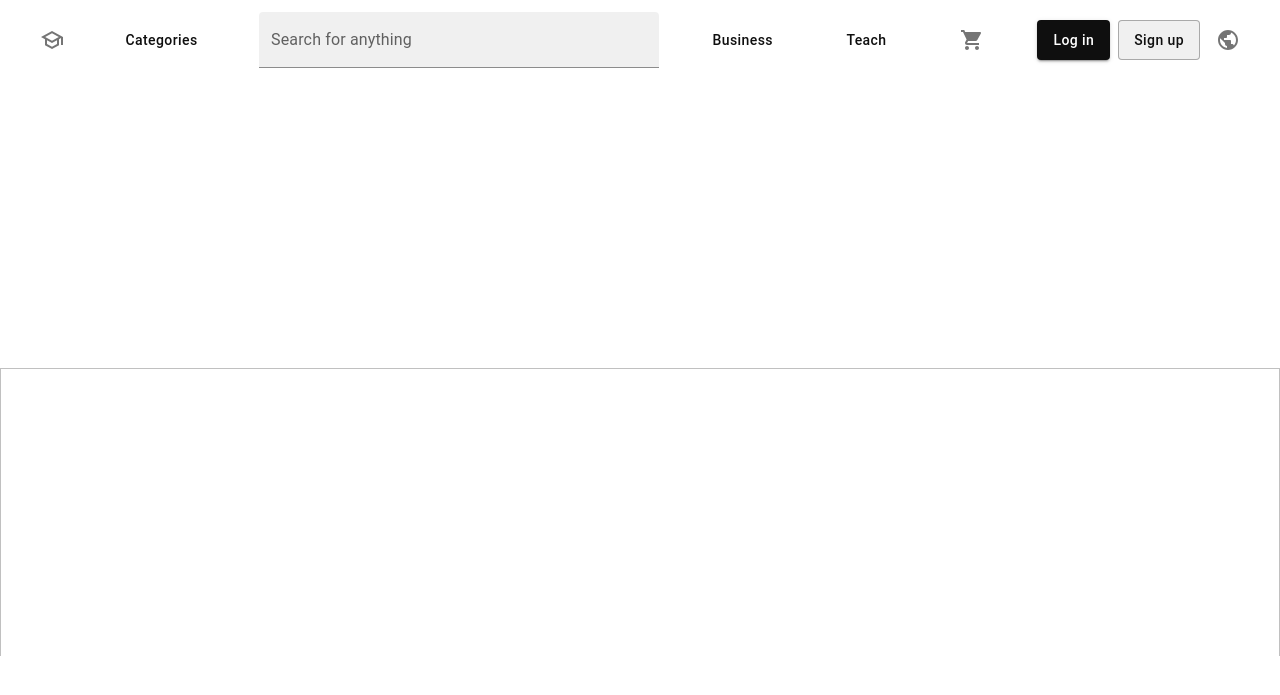
Repository: princ3-web/academy
Page: /
An editor plug-in stored every save of this project. The page is shown before and after a run of saves, followed by the edit.
The browser window is 1280 px wide. The pictures show the whole page.
The project was rebuilt for these pictures with package versions that can differ from the ones it lists, and the page was loaded fresh each time. Also part of the build but not shown: vite.config.js, src/pages/Courses.jsx, src/pages/Business.jsx, src/pages/Teach.jsx.

Above is the page before, as saved 2023-07-03 18:09:20.

After the next 6 saves:
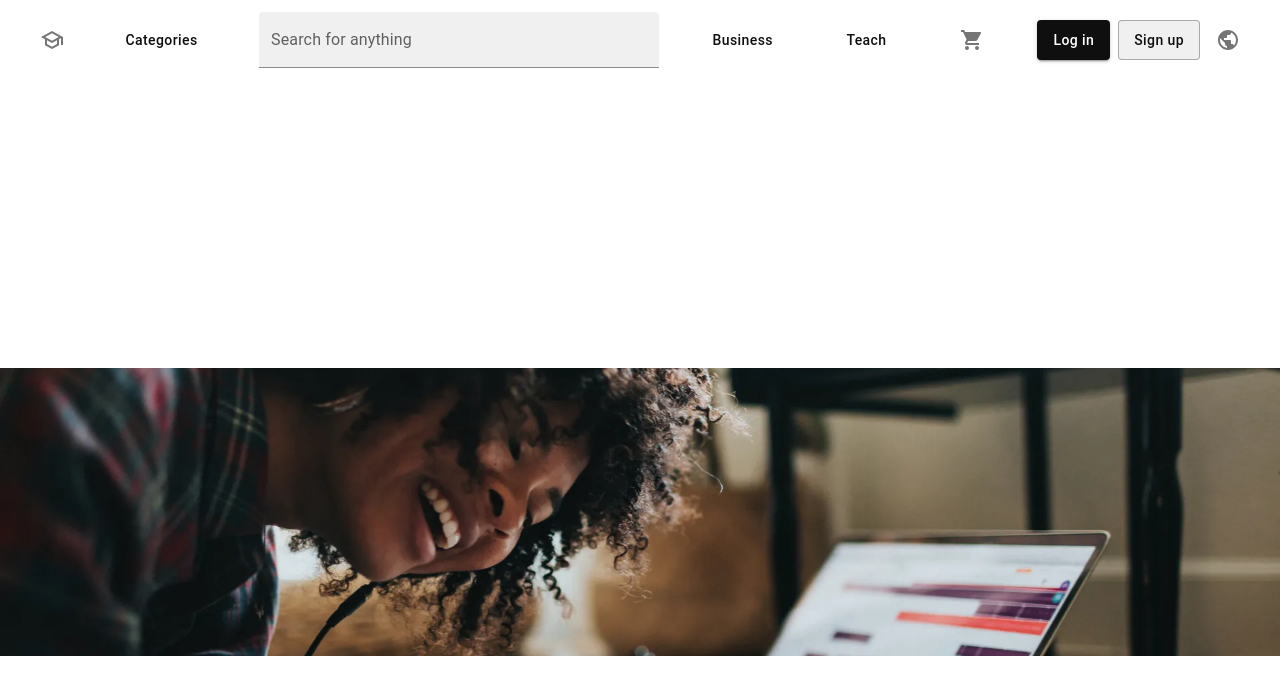
The 6 saves are shown as one change because they came seconds apart.
The last was saved 39 s later.
--- a/src/components/ImageSlider.jsx
+++ b/src/components/ImageSlider.jsx
@@ -18,14 +18,17 @@
     {
       name: "Random Name #2",
       description: "Hello World!",
+      image: image1,
     },
     {
       name: "Random Name #2",
       description: "Hello World!",
+      image: image2,
     },
     {
       name: "Random Name #2",
       description: "Hello World!",
+      image: image3,
     },
   ];
 
@@ -44,10 +47,10 @@
       }}
       indicatorContainerProps={{
         style: {
-          position:"absolute",
+          position: "absolute",
           bottom: "0px",
           zIndex: 10,
-          display:"none"
+          display: "none",
         },
       }}
     >
